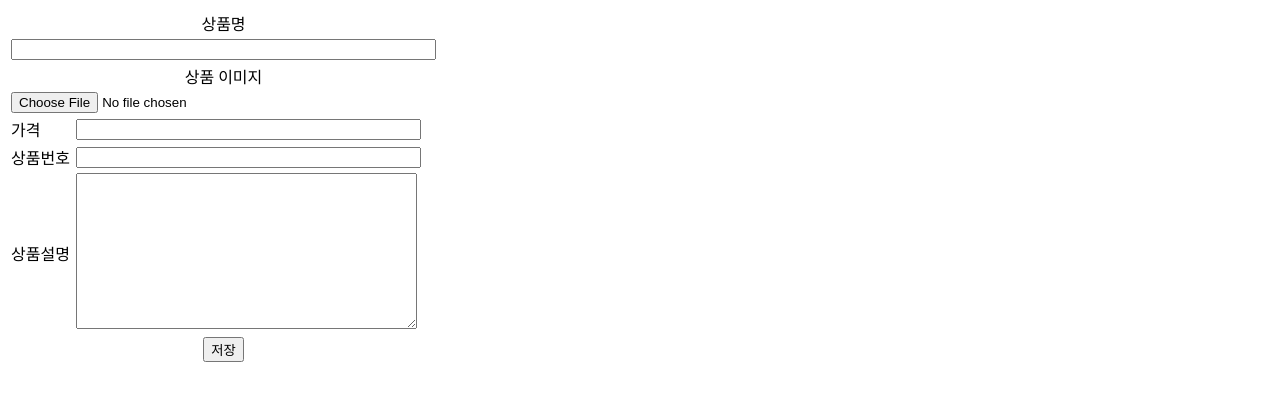
Repository: gunvv00/Java_practice
Page: html_work/html01/WebContent/goods.html
These files come from the project's save history. The page is drawn as it stood at one moment and after the next save; the edit follows.
The browser window is 1280 px wide. The pictures show the whole page.

Above is the page before, as saved 2020-01-02 07:41:31.

After the next save:
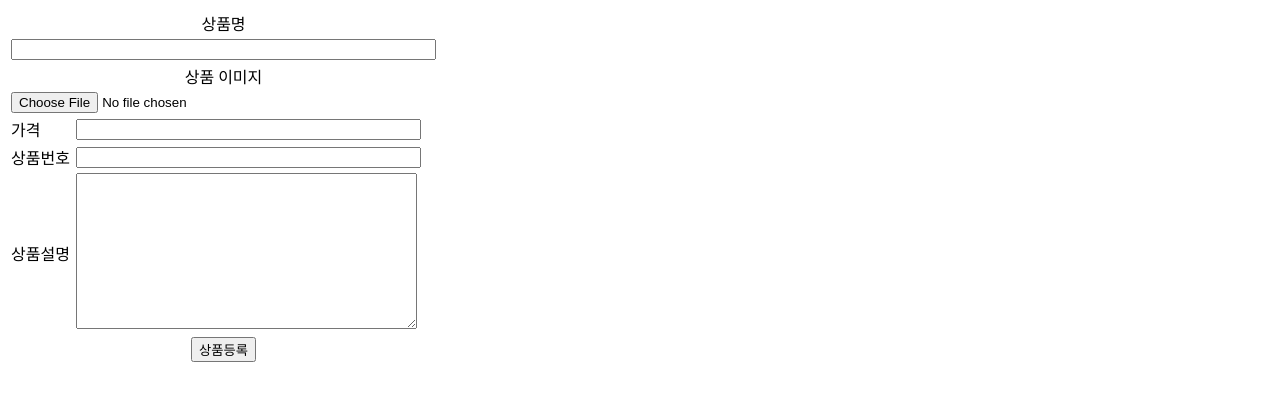
Saved 17 s later.
--- a/html_work/html01/WebContent/goods.html
+++ b/html_work/html01/WebContent/goods.html
@@ -32,7 +32,7 @@
 			<td><textarea name = "" rows = "10" cols="40">  </textarea></td>
 		</tr>
 		<tr align="center">
-			<td colspan="2"><input type = "submit" value = "저장"/>	</td>
+			<td colspan="2"><input type = "submit" value = "상품등록"/>	</td>
 
 		</tr>
 	</TABLE>
